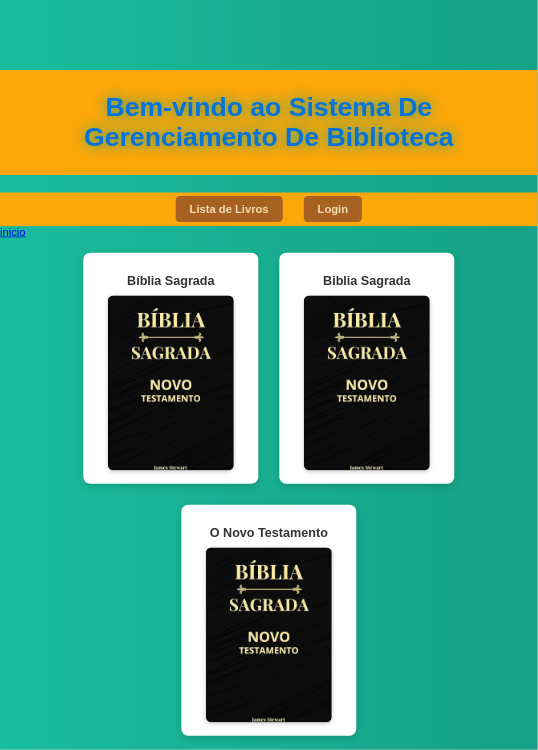
Repository: cleytonds/Biblioteca
Page: templates/Biblioteca_usuario.HTML
The author's editor kept a copy of each file at every save. The page is drawn from the files as they stood at one save, then again after the next save.
The browser window is 768 px wide. The pictures show the part of the page from y = 0 to 2240 px (the page is 1071 px tall before and 3468 px after), at 70% of full size.

Above is the page before, as saved 2025-11-11 19:08:45.

### templates/Biblioteca_usuario.HTML
<!DOCTYPE html>
<html lang="en">
<head>
    <meta charset="UTF-8">
    <meta name="viewport" content="width=device-width, initial-scale=1.0">
    <title>Biblioteca</title>
    <link rel="stylesheet" href="../Static/indexStyle.css">
    <link rel="stylesheet" href="/Biblioteca/app.py">




</head>
<body>
    <!--inicio da pagina-->
    <h1>Bem-vindo ao Sistema De Gerenciamento De Biblioteca</h1>

    <al class="menu">
        <li><a href="lista_livros.HTML">Lista de Livros</a></li>
        <li><a href="login.HTML">Login</a></li>
    </al>
   <header>
        <nav>
            <a href="Biblioteca_usuario.HTML"> inicio</a>
        </nav>
   </header>

   <main>
        <section>
         <article>
            <h2>Bíblia Sagrada</h2>
            <img src="nono.jpg" alt="Biblia sagrada">
         </article>

         <aside>
            <h2>Biblia Sagrada</h2>
            <img src="nono.jpg" alt="Biblia Sagrada">
         </aside>

         <article>
            <h2>O Novo Testamento</h2>
            <img src="nono.jpg" alt="Novo testamento">
         </article>
        </section>
   </main>


</body>
</html>

### Static/indexStyle.css
/*cor do nome principal da pagina*/
@keyframes brilho{
    0%{ text-shadow: 0 0 10px #1abc9c;}
    50%{ text-shadow: 0 0 20px #16a085;}
    100%{ text-shadow: 0 0 10px #1abc9c;}
}

@import url('https://fonts.googleapis.com/css2?family=Poppins:wght@600&family=Montserrat:wght@500&display=swap');
/*estilo da fonte*/
.titulo{
    font-family: 'montserrat',sans-serif;
}
h1{
    font-family:'Poppins',sans-serif;
    font-size: 38px;
    color: #0773d8;
    text-align: center;
    margin-top: 100px;
    animation: brilho 2s infinite alternate;

}

body{
    background: linear-gradient(to right, #1abc9c, #16a085)/*cor fundo da pagina*/
}
h1{
    padding: 2rem;
    background-color: rgb(253, 167, 8);
    text-align: center;
}

button{
    display: flex;
    height: 100%;
    background-color: #eff1ef;
    color: #0000ee;
    text-align: center;
    margin-block-end: 12px;

}
body {
    margin: 0;
    font-family: Arial, sans-serif;
    background-color: #f4f4f4;

}
/*opções de menu*/
.menu{
    list-style: none; /*tira os marcadores*/
    padding: 0;
    margin: 0;
    display: flex;          /* coloca os itens lado a lado */
    justify-content: center; /* centraliza no meio da tela */
    gap: 30px;                  /* espaço entre os botões */
    background-color:  rgb(253, 167, 8);  /* cor da barra de menu */
    padding: 15px 0;

}
/*estilo dos linrs (botões)*/
.menu li a {
    text-decoration: none;
    color: wheat;
    font-weight: bold;
    padding: 10px 20px;
    border-radius: 6px;
    background-color: #a76222;
    transition: backgronud 0.3s, transform 0.2s;

}
/*Efeito houver (ao passar o mouse)*/
.menu li a:hover{
    background-color: #1abc9c;
    transform: scale(1.05);
}
body {
    background-color: #f5f5f5;
    font-family: Arial, Helvetica, sans-serif;

}
/* Estilo geral */
body {
    background-color: #f5f5f5;
    font-family: Arial, sans-serif;
    margin: 0;
    padding: 0;
}

/* A section é o container das imagens */
section {
    display: flex;                /* Coloca lado a lado */
    justify-content: center;      /* Centraliza horizontalmente */
    align-items: flex-start;      /* Alinha pelo topo */
    gap: 30px;                    /* Espaço entre os elementos */
    flex-wrap: wrap;              /* Quebra linha se a tela for pequena */
    padding: 20px;
}

/* Cada article e aside se comportam como caixinhas */
article, aside {
    background-color: white;
    border-radius: 10px;
    box-shadow: 0 4px 10px rgba(0,0,0,0.15);
    text-align: center;
    padding: 15px;
    width: 220px;                 /* Largura fixa de cada bloco */
    transition: transform 0.3s ease;
}

/* Efeito de destaque ao passar o mouse */
article:hover, aside:hover {
    transform: scale(1.05);
}

/* Título de cada livro */
h2 {
    font-size: 18px;
    color: #333;
    margin-bottom: 10px;
}

/* Estilo da imagem */
img {
    width: 180px;                 /* Diminui o tamanho da imagem */
    height: 250px;                /* Altura proporcional */
    object-fit: cover;            /* Corta imagem mantendo o formato */
    border-radius: 8px;
    box-shadow: 0 2px 6px rgba(0,0,0,0.2);
}

After the next save:
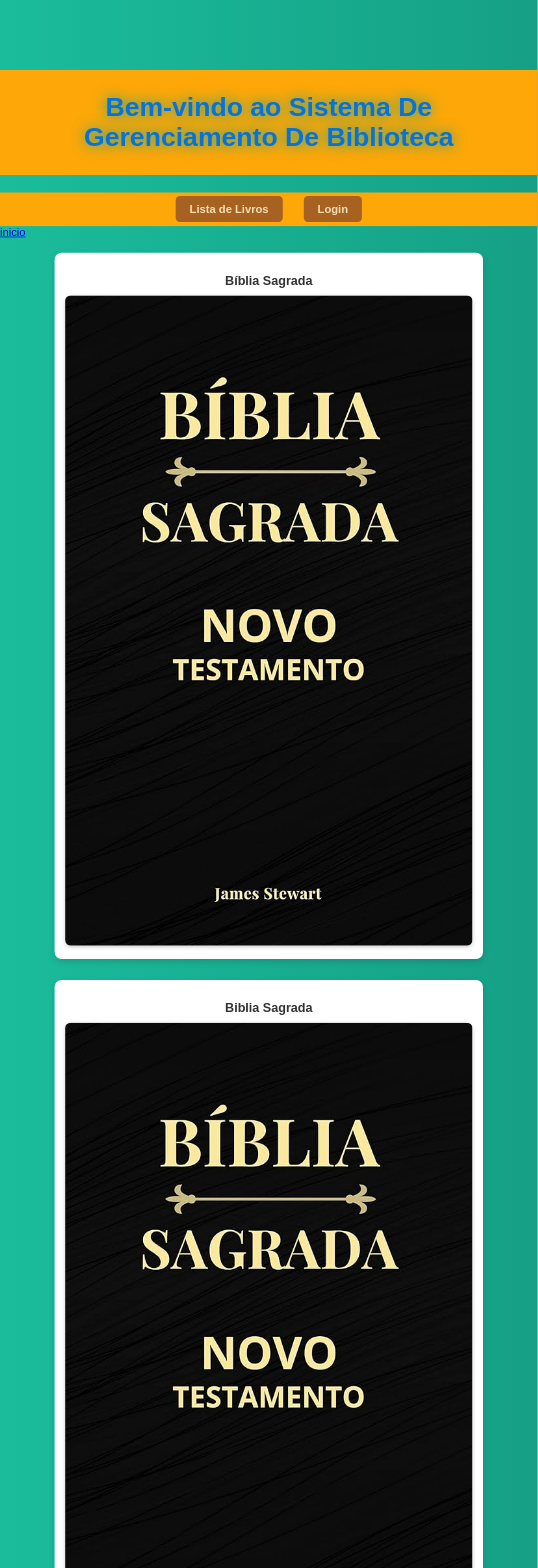
Saved 30 s later.
--- a/Static/indexStyle.css
+++ b/Static/indexStyle.css
@@ -126,3 +126,18 @@ img {
     border-radius: 8px;
     box-shadow: 0 2px 6px rgba(0,0,0,0.2);
 }
+@media (max-width: 768px) {
+    section {
+        flex-direction: column;
+        align-items: center;
+    }
+
+    article, aside {
+        width: 80%;
+    }
+
+    img {
+        width: 100%;
+        height: auto;
+    }
+}
